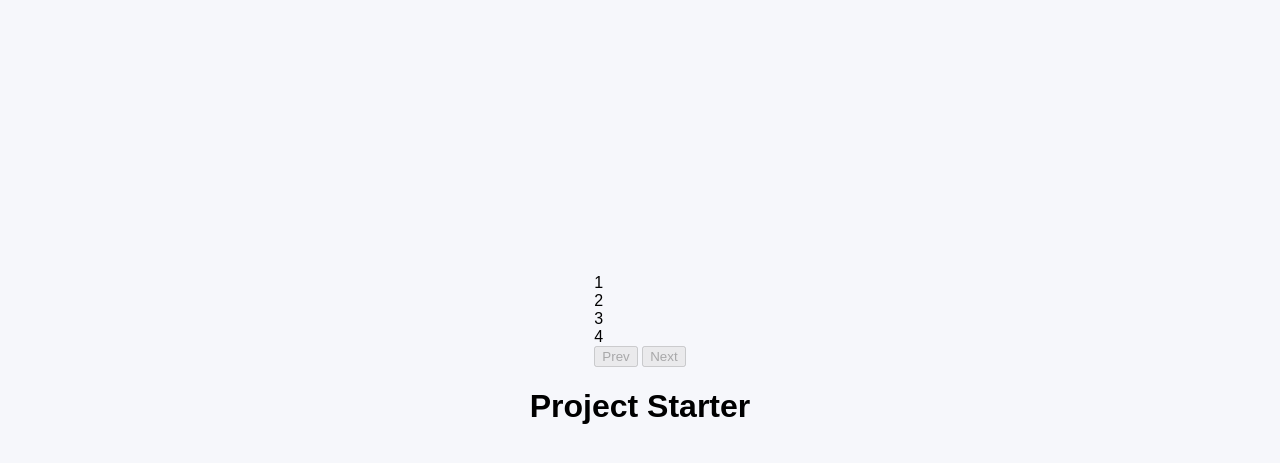
Repository: Williamlmachado/Progress-steps
Page: index.html
The author's editor kept a copy of each file at every save. The page is drawn from the files as they stood at one save, then again after the next save.
The browser window is 1280 px wide. The pictures show the whole page.
Some web fonts or font styles are not loaded; a fallback is used.

Above is the page before, as saved 2021-08-11 09:28:24.

### index.html
<!DOCTYPE html>
<html lang="en">
    <head>
        <meta charset="UTF-8">
        <meta name="viewport" content="width=device=width, initial-scale=1.0"/>
        <link rel="stylesheet" href="style.css"/>
        <title>Progress Steps</title>
    </head>
    <body>
        <div class="container">
            <div class="progress-container">
                <div class="progress" id="progress"></div>
                <div class="circle active">1</div>
                <div class="circle">2</div>
                <div class="circle">3</div>
                <div class="circle">4</div>
            </div>
            <button class="btn" id="prev" disabled>Prev</button>
            <button class="btn" id="prev" disabled>Next</button>
        </div>
        <h1>Project Starter</h1>
        <script src="script.js"></script>
    </body>
</html>

### style.css
@import url('https://font.googleapis.com/css?family=Muli&display=swap');

*{
    box-sizing: border-box;
}
body{
    background-color: #f6f7fb;
    font-family: 'Muli',sans-serif;
    display: flex;
    flex-direction: column;
    align-items: center;
    justify-content: center;
    height: 100vh;
    overflow: hidden;
    margin: 0;
}

Loaded but not shown: script.js (no copy from this time; the picture is the same without it)

After the next save:
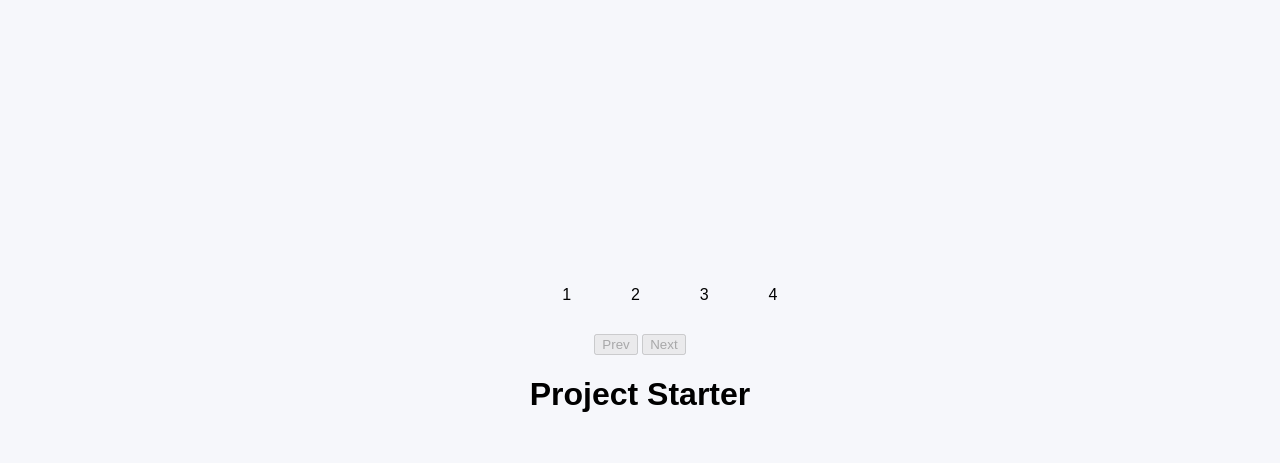
Saved 9 min 3 s later.
--- a/style.css
+++ b/style.css
@@ -14,3 +14,16 @@ body{
     overflow: hidden;
     margin: 0;
 }
+.container{
+    text-align: center;
+}
+.progress-container{
+    display: flex;
+    justify-content: space-between;
+    position: relative;
+    margin-bottom: 30px;
+    max-width: 100%;
+    width: 275px;
+
+
+}
